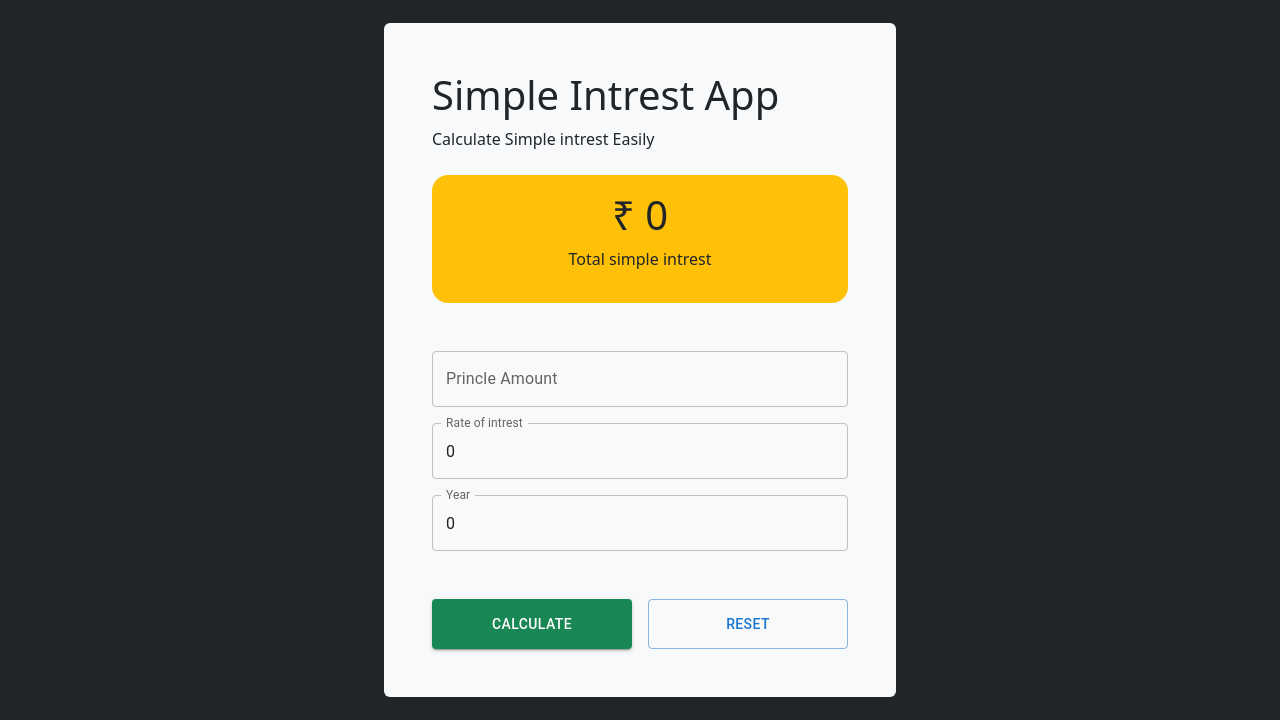
Repository: Afraz13/simple-intrest
Page: /
These files come from the project's save history. The page is drawn as it stood at one moment and after a run of saves; the edit follows.
The browser window is 1280 px wide. The pictures show the whole page.
The project was rebuilt for these pictures with package versions that can differ from the ones it lists, and the page was loaded fresh each time. Also part of the build but not shown: src/index.css, src/App.css.

Above is the page before, as saved 2024-07-16 11:00:30.

### public/index.html
<!DOCTYPE html>
<html lang="en">
  <head>
    <meta charset="utf-8" />

    <meta name="viewport" content="width=device-width, initial-scale=1" />
    <link href="https://cdn.jsdelivr.net/npm/bootstrap@5.3.3/dist/css/bootstrap.min.css" rel="stylesheet" integrity="sha384-QWTKZyjpPEjISv5WaRU9OFeRpok6YctnYmDr5pNlyT2bRjXh0JMhjY6hW+ALEwIH" crossorigin="anonymous">

    <title>Simple Intrest</title>
  </head>
  <body>

    <div id="root"></div>

  </body>
</html>

### src/App.js

import './App.css';
import { TextField } from '@mui/material';
import Stack from '@mui/material/Stack';
import { Button } from '@mui/material';
import { useState } from 'react';


function App() {

  const [interest, setInterest]=useState(0)
  const [principle, setPrinciple] = useState(0)
  const [rate, setRate]=useState(0)
  const [year, setYear]=useState(0)


  return (
    <div style={{height:'100vh'}} className='d-flex justify-content-center align-items-center w-100 bg-dark'>
    <div className='bg-light p-5 rounded'>
    <h1>Simple Intrest App</h1>
    <p>Calculate Simple intrest Easily</p>
    <div className='bg-warning d-flex justify-content-center align-items-center p-3 flex-column rounded-4 mt-4 '>
      <h1>₹ {interest}</h1>
      <p>Total simple intrest</p>
    </div>
    <form action="" className='mt-5'>
     <div className='mb-3'>
     <TextField value={principle || ""}  className='w-100' id="outlined-basic" label="Princle Amount" variant="outlined" />
     </div>
     <div className='mb-3'>
     <TextField value={rate} className='w-100' id="outlined-basic" label="Rate of intrest" variant="outlined" />
     </div>
     <div className='mb-3'>
     <TextField value={year} className='w-100' id="outlined-basic" label="Year" variant="outlined" />
     </div>
     <Stack className='mt-5' direction="row" spacing={2}>
     <Button className='bg-success' style={{width:'200px',height:'50px'}} variant="contained">Calculate</Button>
     <Button variant="outlined" style={{width:'200px',height:'50px'}}>Reset</Button>
</Stack>
    </form>
    </div>
    </div>
  );
}

export default App;

Loaded but not shown: src/index.js (common file)

After the next 2 saves:
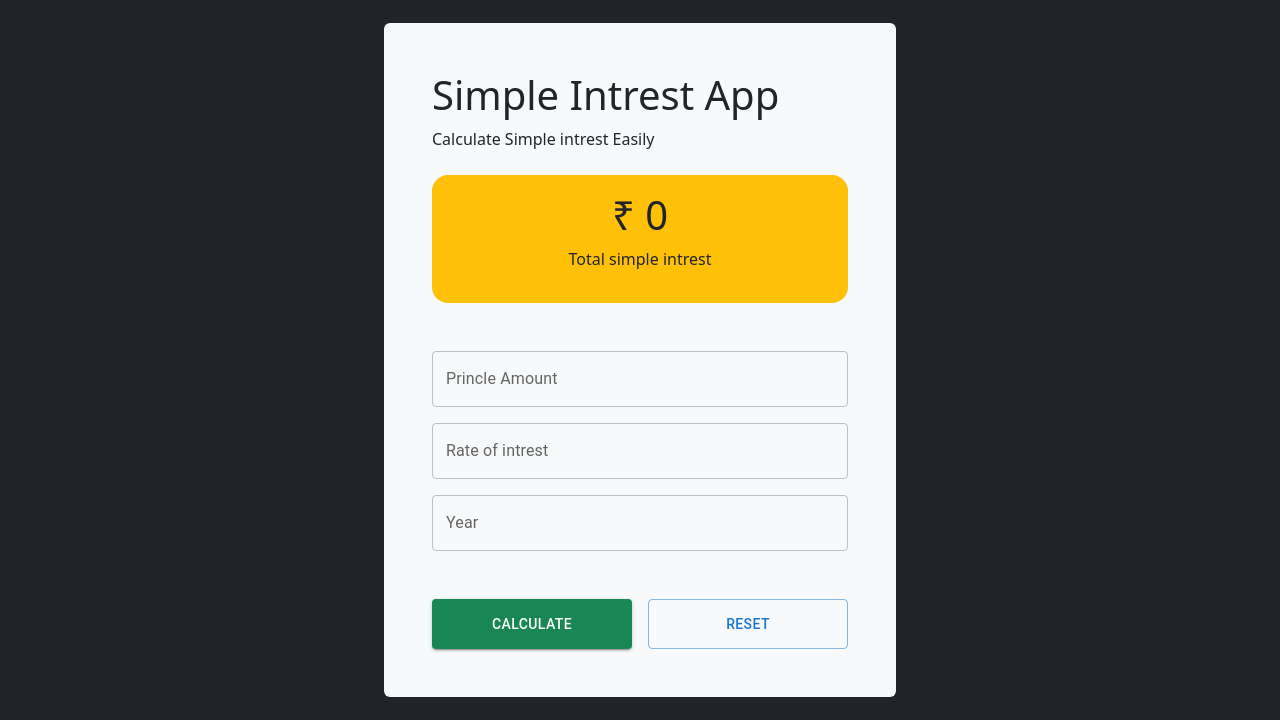
The 2 saves are shown as one change because they came seconds apart.
The last was saved 17 s later.
--- a/src/App.js
+++ b/src/App.js
@@ -28,10 +28,10 @@ function App() {
      <TextField value={principle || ""}  className='w-100' id="outlined-basic" label="Princle Amount" variant="outlined" />
      </div>
      <div className='mb-3'>
-     <TextField value={rate} className='w-100' id="outlined-basic" label="Rate of intrest" variant="outlined" />
+     <TextField value={rate || ""} className='w-100' id="outlined-basic" label="Rate of intrest" variant="outlined" />
      </div>
      <div className='mb-3'>
-     <TextField value={year} className='w-100' id="outlined-basic" label="Year" variant="outlined" />
+     <TextField value={year || ""} className='w-100' id="outlined-basic" label="Year" variant="outlined" />
      </div>
      <Stack className='mt-5' direction="row" spacing={2}>
      <Button className='bg-success' style={{width:'200px',height:'50px'}} variant="contained">Calculate</Button>
